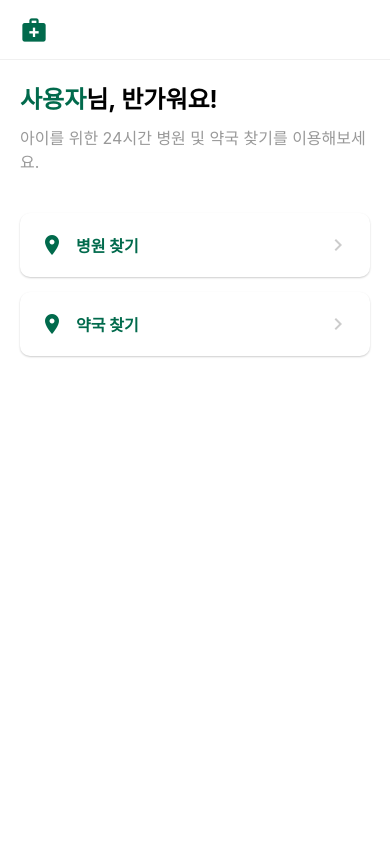
Repository: Sesac-icare/FrontEndiCare
Screen: / (app in iCare/)
The author's editor kept a copy of each file at every save. The screen is drawn from the files as they stood at one save, then again after the next save.
The app was drawn by React Native's web renderer in a window 390 px wide. The project was rebuilt for these pictures with package versions that can differ from the ones it lists, and the page was loaded fresh each time. Some packages were replaced by stand-ins written for this rebuild.

Above is the screen before, as saved 2025-02-04 16:28:56.

### iCare/index.js
import { registerRootComponent } from "expo";

import App from "./App";

// registerRootComponent calls AppRegistry.registerComponent('main', () => App);
// It also ensures that whether you load the app in Expo Go or in a native build,
// the environment is set up appropriately
registerRootComponent(App);

// import { AppRegistry } from "react-native";
// import App from "./src/App";
// import { iCare } from "./app.json";

// import appConfig from "./app.json";

// const appName = appConfig.expo.name;

// AppRegistry.registerComponent(appName, () => App);

### iCare/App.js
import React from "react";
import { View, StyleSheet } from "react-native";
import Header from "./components/Header";
import Contents from "./components/Contents";

const App = () => {
  return (
    <View style={styles.container}>
      <Header />
      <Contents />
    </View>
  );
};

const styles = StyleSheet.create({
  container: {
    flex: 1,
    backgroundColor: "#ffffff"
  }
});

export default App;

### iCare/components/Header.js
import React from "react";
import { View, StyleSheet } from "react-native";
import { MaterialIcons } from "@expo/vector-icons";

export default function Header() {
  return (
    <View style={styles.header}>
      <MaterialIcons name="medical-services" size={28} color="#016a4c" />
    </View>
  );
}

const styles = StyleSheet.create({
  header: {
    height: 60,
    paddingHorizontal: 20,
    flexDirection: "row",
    alignItems: "center",
    backgroundColor: "#fff",
    borderBottomWidth: 1,
    borderBottomColor: "#f0f0f0"
  }
});

### iCare/components/Contents.js
import React from "react";
import { View, Text, StyleSheet, Platform, TouchableOpacity } from "react-native";
import { MaterialIcons } from "@expo/vector-icons";

export default function Contents() {
  return (
    <View style={styles.container}>
      <View style={styles.titleWrapper}>
        <View style={styles.titleContainer}>
          <Text style={styles.titleGreen}>사용자</Text>
          <Text style={styles.title}>님, 반가워요!</Text>
        </View>
        <Text style={styles.subtitle}>
          아이를 위한 24시간 병원 및 약국 찾기를 이용해보세요.
        </Text>
      </View>
      <TouchableOpacity
        style={styles.button}
        onPress={() => {
          console.log("병원 찾기 클릭됨");
        }}
      >
        <View style={styles.buttonContent}>
          <MaterialIcons
            name="location-on"
            size={24}
            color="#016a4c"
            style={styles.buttonIcon}
          />
          <Text style={styles.buttonText}>병원 찾기</Text>
          <MaterialIcons
            name="chevron-right"
            size={24}
            color="#CCCCCC"
            style={styles.arrowIcon}
          />
        </View>
      </TouchableOpacity>
      <TouchableOpacity
        style={styles.button}
        onPress={() => {
          console.log("약국 찾기 클릭됨");
        }}
      >
        <View style={styles.buttonContent}>
          <MaterialIcons
            name="location-on"
            size={24}
            color="#016a4c"
            style={styles.buttonIcon}
          />
          <Text style={styles.buttonText}>약국 찾기</Text>
          <MaterialIcons
            name="chevron-right"
            size={24}
            color="#CCCCCC"
            style={styles.arrowIcon}
          />
        </View>
      </TouchableOpacity>
    </View>
  );
}

const styles = StyleSheet.create({
  container: {
    flex: 1,
    backgroundColor: "#fff",
    padding: 20
  },
  titleWrapper: {
    marginBottom: 40
  },
  titleContainer: {
    flexDirection: "row",
    marginBottom: 10
  },
  titleGreen: {
    fontSize: 24,
    fontWeight: "bold",
    color: "#016a4c"
  },
  title: {
    fontSize: 24,
    fontWeight: "bold",
    color: "black"
  },
  subtitle: {
    fontSize: 16,
    color: "#999999"
  },
  button: {
    backgroundColor: "#fff",
    padding: 20,
    width: "100%",
    borderRadius: 10,
    marginBottom: 15,
    elevation: 2,
    shadowColor: "#000",
    shadowOffset: {
      width: 0,
      height: 1
    },
    shadowOpacity: 0.2,
    shadowRadius: 2
  },
  buttonContent: {
    flexDirection: "row",
    alignItems: "center"
  },
  buttonIcon: {
    marginRight: 12
  },
  arrowIcon: {
    marginLeft: "auto"
  },
  buttonText: {
    fontSize: 16,
    color: "#016a4c",
    fontWeight: "bold"
  }
});

After the next save:
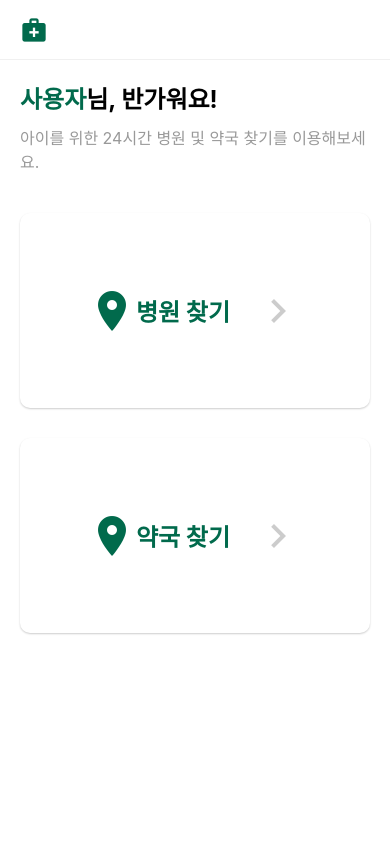
Saved 42 s later.
--- a/iCare/components/Contents.js
+++ b/iCare/components/Contents.js
@@ -73,7 +73,9 @@ const styles = StyleSheet.create({
   },
   titleContainer: {
     flexDirection: "row",
-    marginBottom: 10
+    marginBottom: 10,
+    flexWrap: "nowrap",
+    alignItems: "center"
   },
   titleGreen: {
     fontSize: 24,
@@ -91,10 +93,10 @@ const styles = StyleSheet.create({
   },
   button: {
     backgroundColor: "#fff",
-    padding: 20,
+    padding: 80,
     width: "100%",
     borderRadius: 10,
-    marginBottom: 15,
+    marginBottom: 30,
     elevation: 2,
     shadowColor: "#000",
     shadowOffset: {
@@ -109,13 +111,15 @@ const styles = StyleSheet.create({
     alignItems: "center"
   },
   buttonIcon: {
-    marginRight: 12
+    marginRight: 12,
+    transform: [{ scale: 2 }]
   },
   arrowIcon: {
-    marginLeft: "auto"
+    marginLeft: "auto",
+    transform: [{ scale: 2 }]
   },
   buttonText: {
-    fontSize: 16,
+    fontSize: 24,
     color: "#016a4c",
     fontWeight: "bold"
   }
